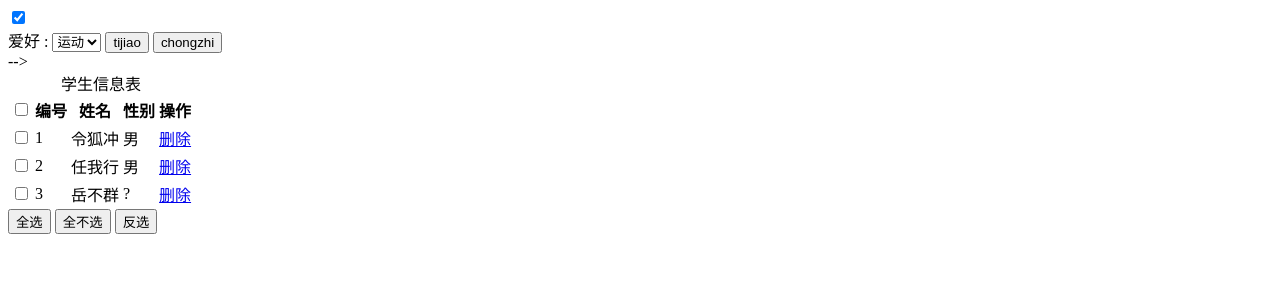
Repository: N1connys/person
Page: review.html
An editor plug-in stored every save of this project. The page is shown before and after the next save, followed by the edit.
The browser window is 1280 px wide. The pictures show the whole page.

Above is the page before, as saved 2023-02-20 23:12:54.
Console error: ReferenceError: windows is not defined

After the next save:
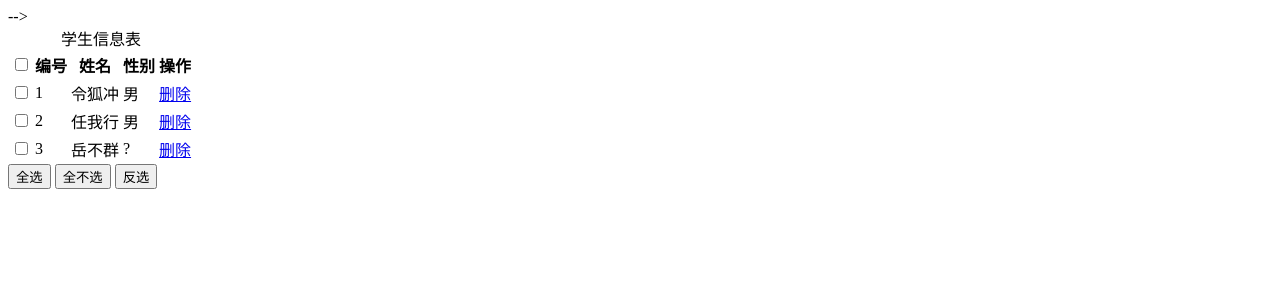
Saved 6 s later.
--- a/review.html
+++ b/review.html
@@ -14,7 +14,7 @@ Last name: <input type="password" name="lastname">
 <textarea name="11" id="11" cols="30" rows="10">kfjsdfksahfs</textarea>
 <!-- col 列数，row 行数 -->
 <!-- 复选框 -->
-<input type="checkbox" name="111" value="dasdasd" checked="checked">
+<!-- <input type="checkbox" name="111" value="dasdasd" checked="checked">
 <form action="save.php" method="post" >
     <label> 爱好 :</label>
     <select>
@@ -25,7 +25,7 @@ Last name: <input type="password" name="lastname">
     </select>
     <input type="submit" value="tijiao">
     <input type="reset" value="chongzhi">
-</form> -->
+</form> --> -->
 
 
     <table>
